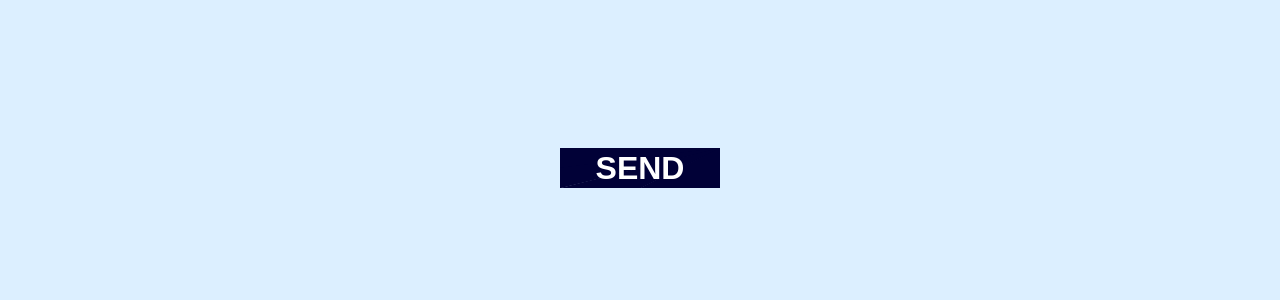
Repository: masifmuhammad/Quick-Notes
Page: QN/sendbutton/index.html
These files come from the project's save history. The page is drawn as it stood at one moment and after the next save; the edit follows.
The browser window is 1280 px wide. The pictures show the whole page.

Above is the page before, as saved 2023-03-26 18:01:40.

After the next save:
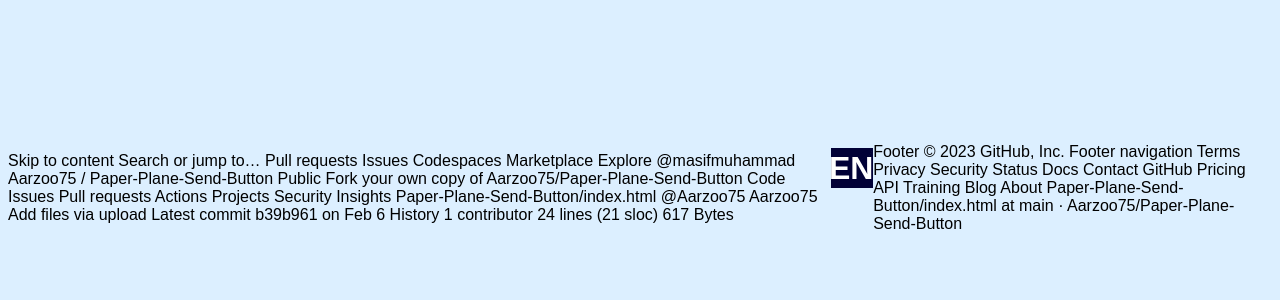
Saved 64 s later.
--- a/QN/sendbutton/index.html
+++ b/QN/sendbutton/index.html
@@ -135,6 +135,38 @@
     }
   }
     </style>
+Skip to content
+Search or jump to…
+Pull requests
+Issues
+Codespaces
+Marketplace
+Explore
+
+@masifmuhammad
+Aarzoo75
+/
+Paper-Plane-Send-Button
+Public
+Fork your own copy of Aarzoo75/Paper-Plane-Send-Button
+Code
+Issues
+Pull requests
+Actions
+Projects
+Security
+Insights
+Paper-Plane-Send-Button/index.html
+@Aarzoo75
+Aarzoo75 Add files via upload
+Latest commit b39b961 on Feb 6
+ History
+ 1 contributor
+24 lines (21 sloc)  617 Bytes
+
+<!DOCTYPE html>
+<html lang="en">
+
 <head>
     <meta charset="UTF-8">
     <meta http-equiv="X-UA-Compatible" content="IE=edge">
@@ -156,3 +188,20 @@
 </body>
 
 </html>
+Footer
+© 2023 GitHub, Inc.
+Footer navigation
+Terms
+Privacy
+Security
+Status
+Docs
+Contact GitHub
+Pricing
+API
+Training
+Blog
+About
+Paper-Plane-Send-Button/index.html at main · Aarzoo75/Paper-Plane-Send-Button
+
+</html>

After the save that followed:
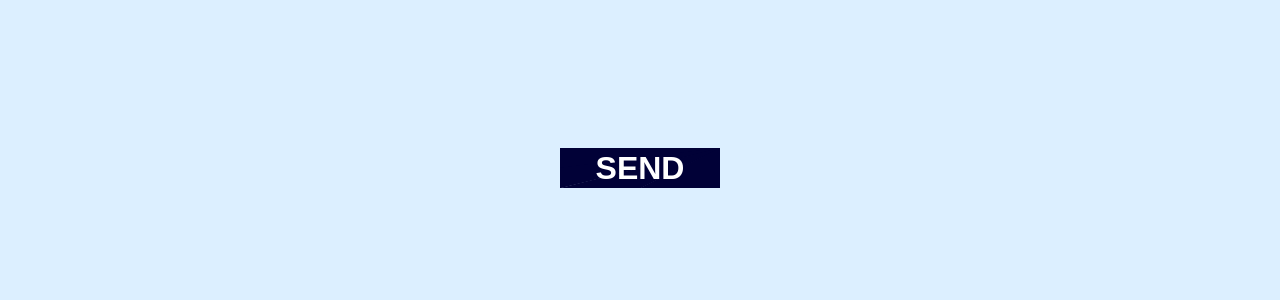
Saved 4 s later.
--- a/QN/sendbutton/index.html
+++ b/QN/sendbutton/index.html
@@ -135,38 +135,6 @@
     }
   }
     </style>
-Skip to content
-Search or jump to…
-Pull requests
-Issues
-Codespaces
-Marketplace
-Explore
-
-@masifmuhammad
-Aarzoo75
-/
-Paper-Plane-Send-Button
-Public
-Fork your own copy of Aarzoo75/Paper-Plane-Send-Button
-Code
-Issues
-Pull requests
-Actions
-Projects
-Security
-Insights
-Paper-Plane-Send-Button/index.html
-@Aarzoo75
-Aarzoo75 Add files via upload
-Latest commit b39b961 on Feb 6
- History
- 1 contributor
-24 lines (21 sloc)  617 Bytes
-
-<!DOCTYPE html>
-<html lang="en">
-
 <head>
     <meta charset="UTF-8">
     <meta http-equiv="X-UA-Compatible" content="IE=edge">
@@ -188,20 +156,3 @@
 </body>
 
 </html>
-Footer
-© 2023 GitHub, Inc.
-Footer navigation
-Terms
-Privacy
-Security
-Status
-Docs
-Contact GitHub
-Pricing
-API
-Training
-Blog
-About
-Paper-Plane-Send-Button/index.html at main · Aarzoo75/Paper-Plane-Send-Button
-
-</html>
